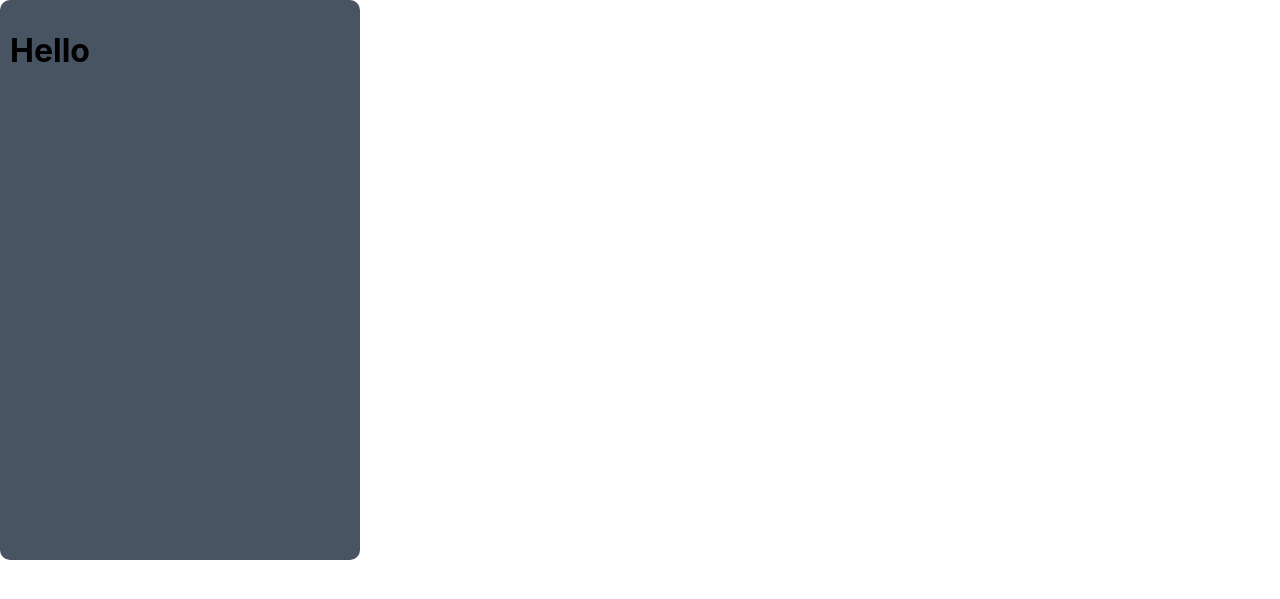
Repository: qudos4real/calculator
Page: /
These files come from the project's save history. The page is drawn as it stood at one moment and after the next save; the edit follows.
The browser window is 1280 px wide. The pictures show the whole page.
The project was rebuilt for these pictures with package versions that can differ from the ones it lists, and the page was loaded fresh each time. Also part of the build but not shown: src/components/ButtonWrapper.js, src/components/Display.css, src/components/Display.js.

Above is the page before, as saved 2022-10-08 16:53:56.

After the next save:
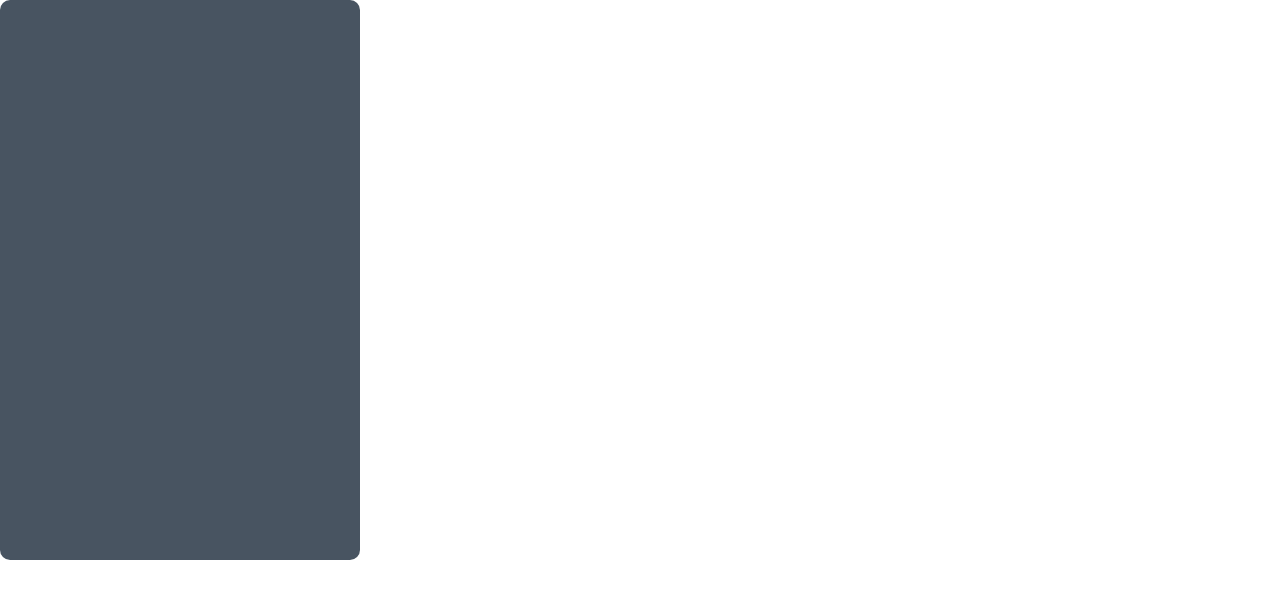
Saved 56 s later.
--- a/src/components/Wrapper.js
+++ b/src/components/Wrapper.js
@@ -4,7 +4,6 @@ import './Wrapper.css'
 const Wrapper = ({Children}) => {
     return (
         <div className='wrapper'>
-            <h1>Hello</h1>
             {Children}
         </div>
     )
